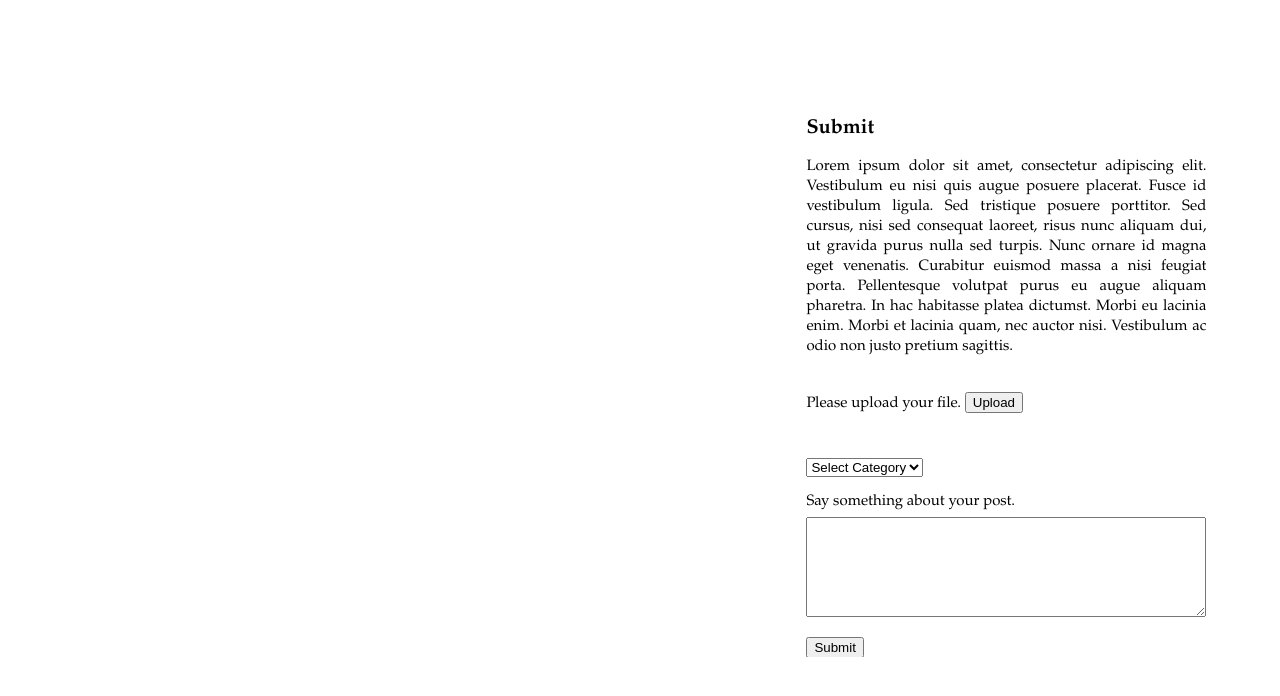
Repository: simonekurtz/simonekurtz.github.io
Page: 3ASGN_Catalog/submit.html
The author's editor kept a record of every edit. The page is drawn from the files as they stood at one moment, then again after the next edit.
The browser window is 1280 px wide. The pictures show the whole page.
Some web libraries are served in a nearby version.

Above is the page before.

### 3ASGN_Catalog/submit.html
<html>
    <head>
       <title>Left Hand Training</title>
         <link rel="stylesheet" href="submit.css">

    </head>
    <body>
    <div class="splash-header">
        </div>

        <div class="header-image"><a href="index.html"><img src="images/menu/title_small.png"></a>
        </div>

        <div class="menu">
        <a href="gallery.html">GALLERY</a>
        <a href="submit.html">SUBMIT</a>
        <a href="about.html">ABOUT</a>
        </div>

<!--        <div class="menu">
            <a href="gallery.html"><img src="images/menu/gallery.png" class="gallerylink"></a>
            <a href="submit.html"><img src="images/menu/submit.png" class="submitlink"></a>
            <a href="about.html"><img src="images/menu/about.png" class="aboutlink"></a>

-->

        <div class="splash image">
            <a href="images/images/IMG_3008.jpg"></a>
        </div>

        <div class="content">
                <div class="content1">
                    <h2>Submit</h2>
                    <p>Lorem ipsum dolor sit amet, consectetur adipiscing elit. Vestibulum eu nisi quis augue posuere placerat. Fusce id vestibulum ligula. Sed tristique posuere porttitor. Sed cursus, nisi sed consequat laoreet, risus nunc aliquam dui, ut gravida purus nulla sed turpis. Nunc ornare id magna eget venenatis. Curabitur euismod massa a nisi feugiat porta. Pellentesque volutpat purus eu augue aliquam pharetra. In hac habitasse platea dictumst. Morbi eu lacinia enim. Morbi et lacinia quam, nec auctor nisi. Vestibulum ac odio non justo pretium sagittis.</p>


                    <p>Please upload your file. <button type="uploadButton">Upload</button></p>

                    <br>

                    <select>
                          <option value="Generic">Select Category</option>
                          <option value="Lettering">Lettering</option>
                          <option value="Prompts">Prompts</option>
                          <option value="HandShots">Hand Shots</option>
                          <option value="Video">Video</option>
                    </select>


                    <p>Say something about your post.</p>
                    <textarea></textarea>

                    <br>

                    <button type="submitButton">Submit</button>
                </div>
        </div>



        <script type="text/javascript" src="//code.jquery.com/jquery-1.11.2.min.js"></script>
        <script type="text/javascript" src="script.js"></script>
    </body>
</html>

### 3ASGN_Catalog/submit.css
body {
    margin: 0px;
    cursor: url("images/icons/left-arrow-resize.png"), auto;
    font-family: Garamond;
    background: url(images/images/IMG_3008.jpg);
    background-size: 100%;
    background-repeat: no-repeat;
    z-index: 1000;
}

a:hover{
    cursor:url("images/icons/left-pointer-resize.png"), auto;
}

.menu {
    position: absolute;
    width: 400px;
    left: 10%;
    top: 40px;
    z-index: 1100;
}

.menu a {
    text-decoration: none;
    color: white;
    letter-spacing: 3px;
    padding: 20px;
}

.header-image {
    position: absolute;
    top: 20px;
    right: 10%;
}

/*
.gallerylink {
    position: relative;
    padding: 1%;
}

.submitlink {
    position: relative;
    padding: 1%;
    top: -7px;
}

.aboutlink {
    position: relative;
    padding: 1%;
    top: -11px;
}
*/

.content {
    margin-left: auto;
    margin-right: auto;
    margin-top: 100px;
    height: 86%;
    width: 100%;
    background-color: white;
    z-index: 1100;
}

.content1 {
    margin-left: 63%;
    width: 400px;
    height: 90%;
    overflow: scroll;
    text-align: justify;
    text-justify: inter-word;
}

h2 {
	font-family: Garamond;
	text-decoration: none;
	font-size: 20px;
}

p {
    font-family: Garamond;
    font-size: 15px;
    line-height: 20px;
}

textarea {
    margin-top: -10px;
    width: 400px;
    height: 100px;
}

.UploadButton {
    width: 100px;
    height: 40px;
    margin-top: -10px;

}

select {
    margin-top: 10px;
}

.submitButton {
    margin-top: 10px;
}

button {
    margin-top: 20px;
}

### 3ASGN_Catalog/script.js
// var delay=1000 //set delay in miliseconds
// var curindex=0


	var randomimages = ["IMG_2998.JPG", "IMG_3003.jpg", "IMG_3008.jpg", "IMG_3018.jpg", "IMG_3043.jpg"];


function randselect() {
    var slideshow = "url(images/images/" + randomimages[Math.floor(Math.random()*randomimages.length)] + ")";

$("body").css("background-image",slideshow);

}

setInterval("randselect()",7000);

setTimeout("randselect()",1000);




// var preload=new Array()

// for (n=0;n<randomimages.length;n++)
// {
// 	preload[n]=new Image()
// 	preload[n].src=randomimages[n]
// }

// document.write('<img name="defaultimage" src="images/'+randomimages[Math.floor(Math.random()*(randomimages.length))]+'">')

// function rotateimage()
// {

// if (curindex==(tempindex=Math.floor(Math.random()*(randomimages.length)))){
// curindex=curindex==0? 1 : curindex-1
// }
// else
// curindex=tempindex

// 	document.images.defaultimage.src=randomimages[curindex]
// }

// setInterval("rotateimage()",delay)

After the next edit:
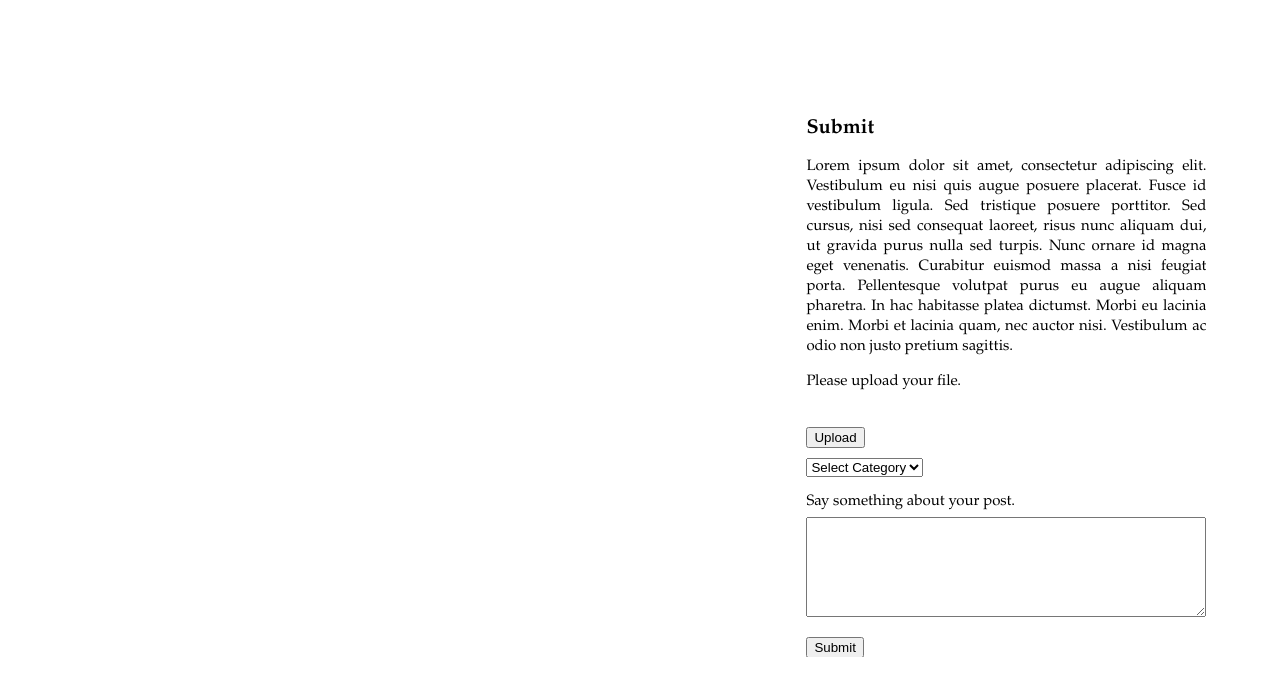
The edit:
--- a/3ASGN_Catalog/submit.html
+++ b/3ASGN_Catalog/submit.html
@@ -34,7 +34,8 @@
                     <p>Lorem ipsum dolor sit amet, consectetur adipiscing elit. Vestibulum eu nisi quis augue posuere placerat. Fusce id vestibulum ligula. Sed tristique posuere porttitor. Sed cursus, nisi sed consequat laoreet, risus nunc aliquam dui, ut gravida purus nulla sed turpis. Nunc ornare id magna eget venenatis. Curabitur euismod massa a nisi feugiat porta. Pellentesque volutpat purus eu augue aliquam pharetra. In hac habitasse platea dictumst. Morbi eu lacinia enim. Morbi et lacinia quam, nec auctor nisi. Vestibulum ac odio non justo pretium sagittis.</p>
 
 
-                    <p>Please upload your file. <button type="uploadButton">Upload</button></p>
+                    <p>Please upload your file.</p>
+                    <button type="uploadButton">Upload</button>
 
                     <br>
 
